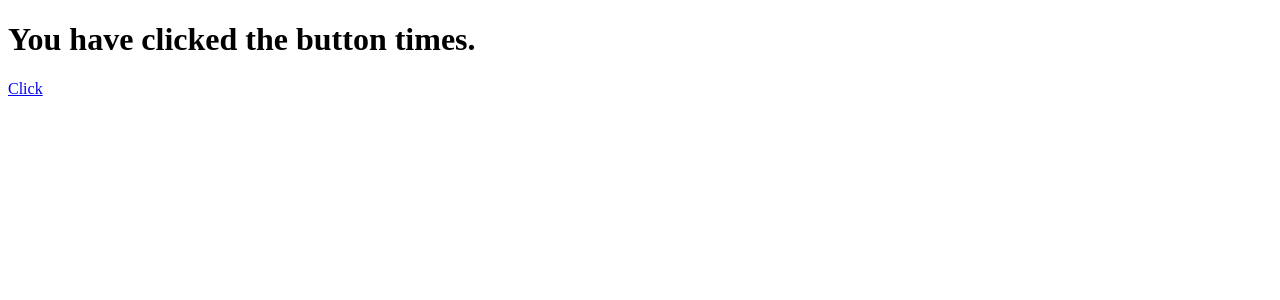
Repository: bchang1213/javaEE
Page: http://localhost/ButtonClicker/Home
The author's editor kept a copy of each file at every save. The page is drawn from the files as they stood at one save, then again after the next save.
The browser window is 1280 px wide. The pictures show the whole page.
The page is served by Tomcat 9. Other server files are loaded and not shown.

Above is the page before, as saved 2017-10-06 21:01:03.

### ButtonClicker/WebContent/WEB-INF/views/ButtonClicker.jsp
<%@ page language="java" contentType="text/html; charset=UTF-8"
    pageEncoding="UTF-8"%>
<!DOCTYPE html PUBLIC "-//W3C//DTD HTML 4.01 Transitional//EN" "http://www.w3.org/TR/html4/loose.dtd">
<html>
<head>
<meta http-equiv="Content-Type" content="text/html; charset=UTF-8">
<title>Button Clicker</title>
</head>
<body>
	<h1>You have clicked the button times. </h1>
	<a href="ButtonControl">Click</a>
</body>
</html>

### ButtonClicker/src/com/brianchang/buttonclicker/controllers/Home.java
package com.brianchang.buttonclicker.controllers;

import java.io.IOException;

import javax.servlet.RequestDispatcher;
import javax.servlet.ServletException;
import javax.servlet.annotation.WebServlet;
import javax.servlet.http.HttpServlet;
import javax.servlet.http.HttpServletRequest;
import javax.servlet.http.HttpServletResponse;

/**
 * Servlet implementation class Home
 */
@WebServlet("/Home")
public class Home extends HttpServlet {
	private static final long serialVersionUID = 1L;

    /**
     * @see HttpServlet#HttpServlet()
     */
    public Home() {
        super();
        // TODO Auto-generated constructor stub
    }

	/**
	 * @see HttpServlet#doGet(HttpServletRequest request, HttpServletResponse response)
	 */
	protected void doGet(HttpServletRequest request, HttpServletResponse response) throws ServletException, IOException {
		RequestDispatcher view = request.getRequestDispatcher("/WEB-INF/views/ButtonClicker.jsp");
		view.forward(request, response);
	}

	/**
	 * @see HttpServlet#doPost(HttpServletRequest request, HttpServletResponse response)
	 */
	protected void doPost(HttpServletRequest request, HttpServletResponse response) throws ServletException, IOException {
		// TODO Auto-generated method stub
		doGet(request, response);
	}

}

After the next save:
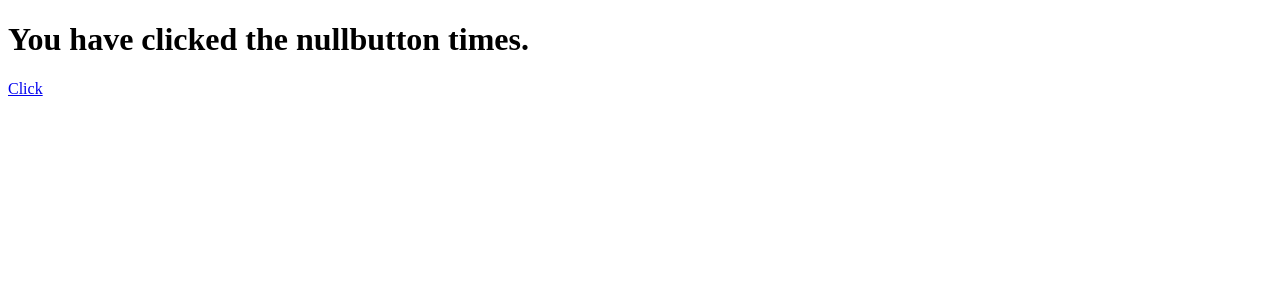
Saved 2 min 1 s later.
--- a/ButtonClicker/WebContent/WEB-INF/views/ButtonClicker.jsp
+++ b/ButtonClicker/WebContent/WEB-INF/views/ButtonClicker.jsp
@@ -7,7 +7,7 @@
 <title>Button Clicker</title>
 </head>
 <body>
-	<h1>You have clicked the button times. </h1>
+	<h1>You have clicked the <%= session.getAttribute("click") %>button times. </h1>
 	<a href="ButtonControl">Click</a>
 </body>
 </html>
